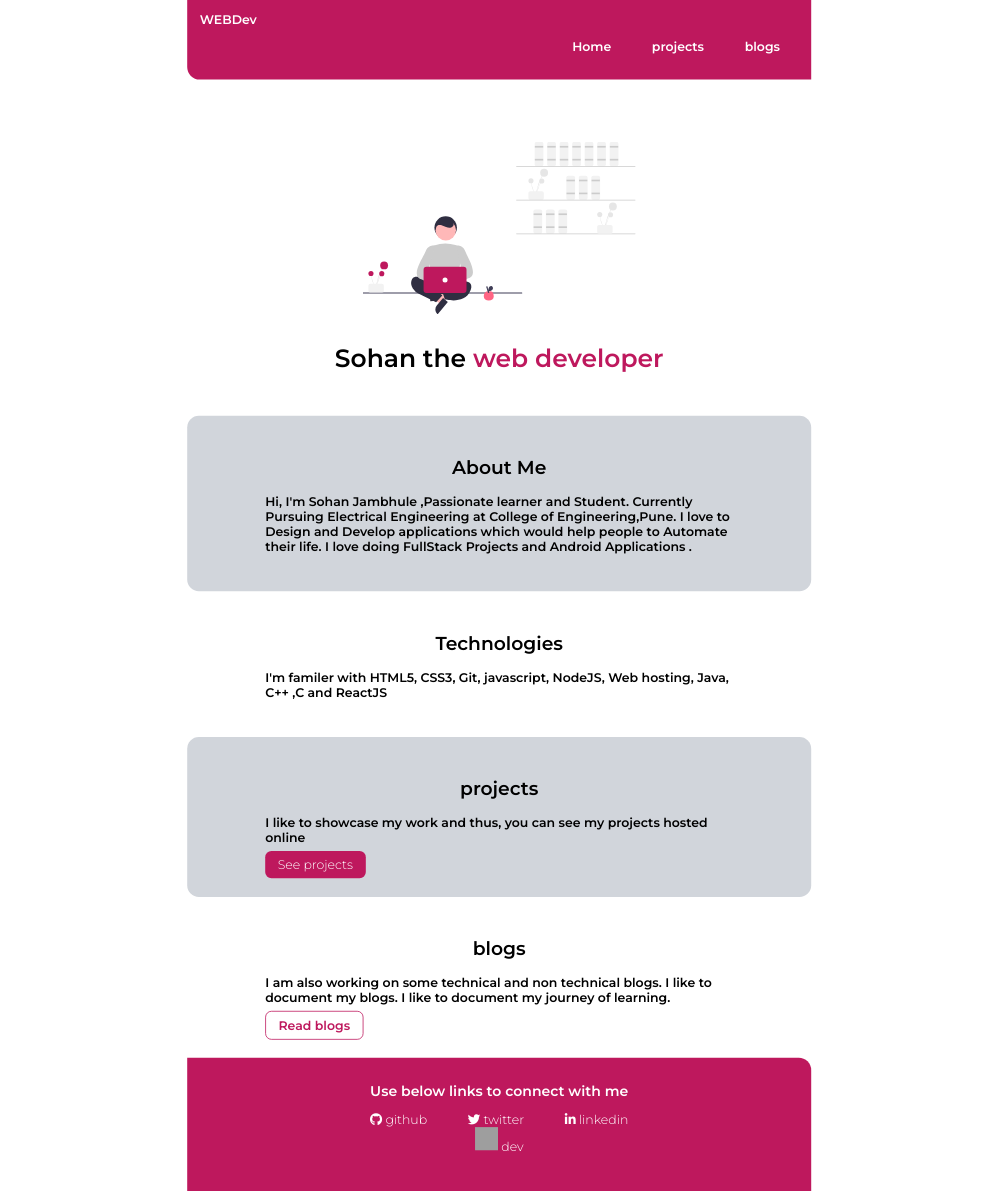
Repository: sohan2503001/Portfolio
Page: index.html
The author's editor kept a copy of each file at every save. The page is drawn from the files as they stood at one save, then again after the next save.
The browser window is 1280 px wide. The pictures show the whole page, at 78% of full size.
Pictures or frames that could not be fetched are drawn as grey boxes.

Above is the page before, as saved 2021-05-10 10:53:41.

### index.html
<!DOCTYPE html>
<html lang="en">

<head>
  <meta charset="UTF-8" />
  <meta name="viewport" content="width=device-width, initial-scale=1.0" />
  <title>home | Sohan Jambhule</title>
  <link rel="stylesheet" href="style.css" />
  <link rel="stylesheet" href="https://cdnjs.cloudflare.com/ajax/libs/font-awesome/5.15.1/css/all.min.css">
  <link rel="icon" href="images/favicon.svg" sizes="any" type="image/svg+xml">

</head>

<body>

  <nav class="navigation container">
    <div class="nav-brand">WEBDev</div>
    <ul class="list-non-bullet nav-pills">
      <li class="list-item-inline">
        <a class="link link-active" href="/">Home</a>
      </li>
      <li class="list-item-inline">
        <a class="link link-active" href="projects.html">projects</a>
      </li>
      <li class="list-item-inline">
        <a class="link link-active" href="blogs.html">blogs</a>
      </li>
    </ul>
  </nav>

  <header class="hero">
    <img class="hero-img" src="images/hero.svg" alt="" />
    <h1 class="hero-heading">
      Sohan the <span class="heading-inverted"> web developer</span>
    </h1>
  </header>

  <section class="section ow">
    <div class="container container-center">
      <h1>About Me</h1>
      <p>
        Hi, I'm Sohan Jambhule ,Passionate learner and Student.
        Currently Pursuing Electrical Engineering at College of Engineering,Pune.
        I love to Design and Develop applications which would help people to Automate their life.
        I love doing FullStack Projects and Android Applications .
      </p>
    </div>
  </section>

  <section class="section">
    <div class="container container-center">
      <h1>Technologies</h1>
      <p>
        I'm familer with HTML5, CSS3, Git, javascript, NodeJS, Web hosting,
        Java, C++ ,C and ReactJS
      </p>
    </div>
  </section>

  <section class="section ow">
    <div class="container container-center">
      <h1>projects</h1>
      <p>
        I like to showcase my work and thus, you can see my projects hosted
        online
      </p>
      <a class="link link-primary" href="projects.html">See projects</a>
    </div>
  </section>

  <section class="section ">
    <div class="container container-center">
      <h1>blogs</h1>
      <p>
        I am also working on some technical and non technical blogs. I like to
        document my blogs. I like to document my journey of learning.
      </p>
      <a class="link link-secondary" href="blogs.html">Read blogs</a>
    </div>
  </section>

  <footer class="footer">
    <div class="footer-header">Use below links to connect with me</div>
    <ul class="social-links list-non-bullet">
      <li class="list-item-inline">
        <a class="link" href="https://github.com/sohan2503001" target="_blank"><i class="fab fa-github"
            aria-hidden="true"></i>
          github
        </a>
      </li>
      <li class="list-item-inline">
        <a class="link" href="https://twitter.com/JambhuleSohan" target="_blank"><i class="fab fa-twitter"></i>
          twitter
        </a>
      </li>
      <li class="list-item-inline">
        <a class="link" href="https://www.linkedin.com/in/sohan-jambhule-144528198/" target="_blank"><i
            class="fab fa-linkedin-in"></i>
          linkedin
        </a>
      </li>
      <li>
        <a class="link" href="https://dev.to/sohan25" target="_blank">
          <img src="https://d2fltix0v2e0sb.cloudfront.net/dev-badge.svg" alt="Sohan Jambhule's DEV Community Profile" height="30" width="30">
          dev
        </a>
      </li>

    </ul>
  </footer>

  <script src="code.js"></script>
</body>

</html>

### style.css
@import url('https://fonts.googleapis.com/css2?family=Montserrat:wght@300;600&display=swap');

:root{
    --primary-color: #BE185D;
    --dark-gray: #4B5563;
    --off-white: #D1D5DB;
}

body {
    font-family: 'Montserrat', sans-serif;
    margin: auto;
    max-width: 800px;
    width: 100%;
}

hr{
    margin: 2rem 0rem;
}

/** container **/
.container{
    padding: 0rem 1rem;
}

.container-center{
    max-width: 600px;
    margin: auto;
}

/** links **/
.link{
    text-decoration: none;
    padding: 0.5rem 1rem;
    /*margin: 1rem 0rem 1rem 0rem;*/
}

.link-primary{
    background-color: var(--primary-color);
    border-radius: 0.5rem;
    color:white;
}

.link-secondary{
    color: var(--primary-color);
    border-radius: 0.5rem;
    border: 1px solid var(--primary-color);
    font-weight: bold;
}

/** lists **/

.list-non-bullet{
    list-style: none;
}

.list-item-inline{
    display: inline;
    padding: 0rem 0.5rem;
}

/** navigation **/

.navigation{
    background-color: var(--primary-color);
    color: white;
    padding: 1rem;
    border-bottom-left-radius: 1rem;
}

.navigation .nav-brand{
    font-weight: bold;
}

.navigation .nav-pills{
    text-align: right;
}

.navigation .link{
    color: white;
}

.navigation .link-active{
    font-weight: bold;
}

/**header **/

.hero{
    padding: 2rem;
    padding-top: 5rem;
}

.hero .hero-img{
    max-width: 350px;
    display: block;
    margin: auto;
}

.hero .hero-heading{
    padding-top: 1rem;
    color: var(--dark-red);
    text-align: center;
}

.hero .hero-heading .heading-inverted{
    color: var(--primary-color)
}

/** section **/
.section{
    padding: 2rem;
    border-radius: 15px;
}

.section h1{
    text-align: center;
    font-weight: bolder;
}

.ow {
    background-color: var(--off-white);
}

.section p{
    font-weight: bold;
}

/**footer **/

.footer{
    background-color: var(--primary-color);
    padding: 2rem 1rem;
    text-align: center;
    color: white;
    border-top-right-radius: 1rem;
    position: relative;
}

.footer .link{
    color: white;
}

.footer .footer-header{
    font-weight: bold;
    font-size: large;
}

.footer ul{
    padding-inline-start: 0px;
}

/**Projects**/
.box-contain{
    border: 2px solid var(--primary-color);
    padding: 2rem;
    border-top-left-radius: 15px;
    border-bottom-right-radius: 15px;
    margin: 1rem 0rem;
}

### code.js
function myFunction() {
    var element = document.body;
    element.classList.toggle("dark-mode");
}

After the next save:
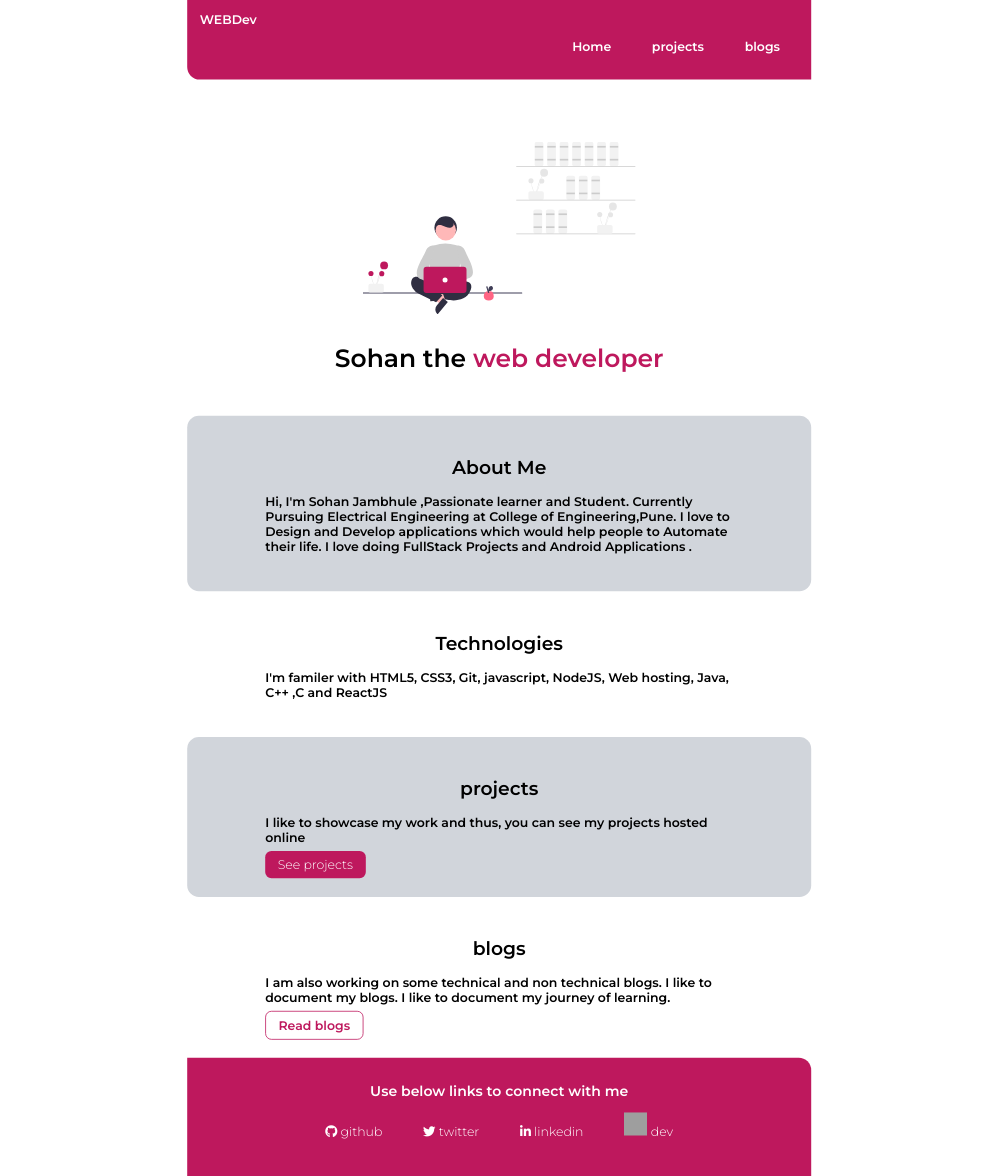
Saved 43 s later.
--- a/index.html
+++ b/index.html
@@ -99,7 +99,7 @@
           linkedin
         </a>
       </li>
-      <li>
+      <li class="list-item-inline">
         <a class="link" href="https://dev.to/sohan25" target="_blank">
           <img src="https://d2fltix0v2e0sb.cloudfront.net/dev-badge.svg" alt="Sohan Jambhule's DEV Community Profile" height="30" width="30">
           dev
